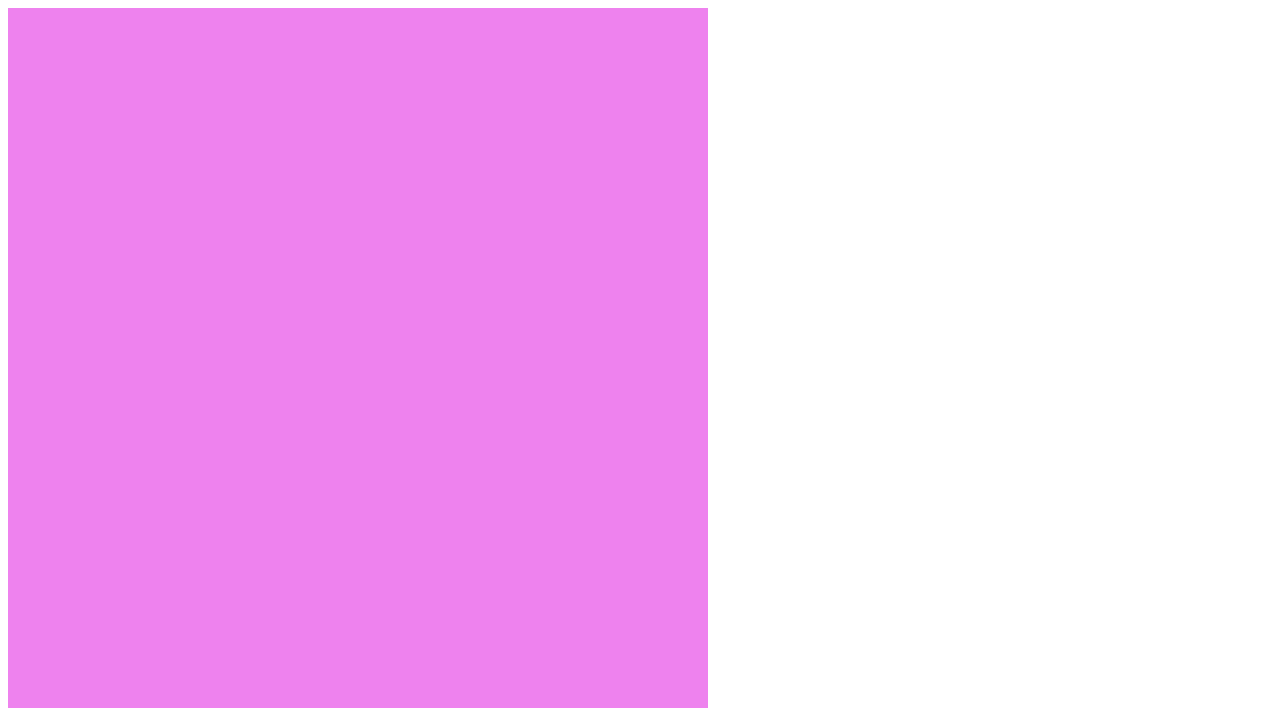
Repository: AytacSafarova/Task-12
Page: index.html
An editor plug-in stored every save of this project. The page is shown before and after a run of saves, followed by the edit.
The browser window is 1280 px wide. The pictures show the whole page.

Above is the page before, as saved 2023-07-25 14:45:48.

### index.html
<!DOCTYPE html>
<html lang="en">

<head>
    <meta charset="UTF-8">
    <meta name="viewport" content="width=device-width, initial-scale=1.0">
    <title>Document</title>
    <link rel="stylesheet" href="./index.css">
</head>
<body>
    <div class="container">

    </div>
</body>

</html>

### index.css
.container{
    width: 700px;
    height: 700px;
    background-color: violet;
    position: relative;
}
.child{
    width: 200px;
    height: 200px;
}

.child1{
    background-color: orange;
    position: absolute;
    bottom: 0;
    right: 0;

}
.child2{
    background-color: blue;
    position: absolute;
    bottom: 100px;
    right: 0;
    z-index: 1;
}
.box{
    width: 600px;
    height: 600px;
    background-color: red;
}

After the next 2 saves:
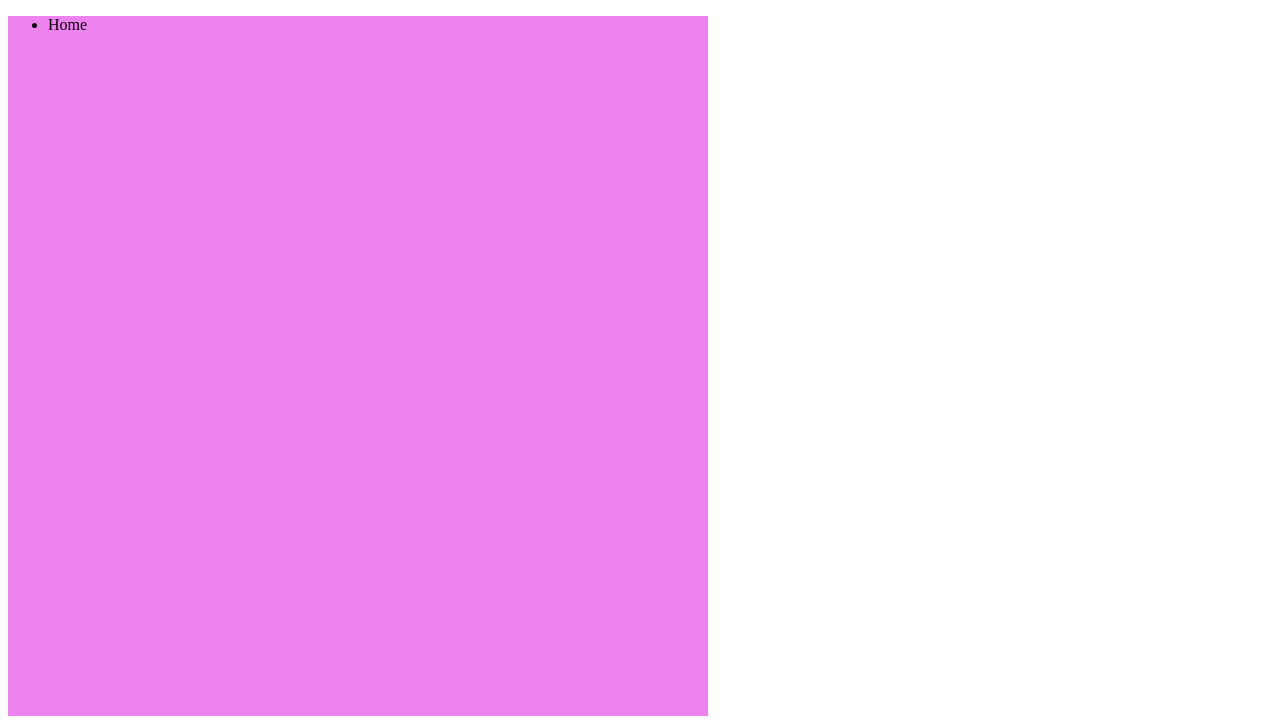
The 2 saves are shown as one change because they came seconds apart.
The last was saved 24 s later.
--- a/index.html
+++ b/index.html
@@ -9,7 +9,9 @@
 </head>
 <body>
     <div class="container">
-
+      <ul>
+        <li>Home</li>
+      </ul>
     </div>
 </body>
 
